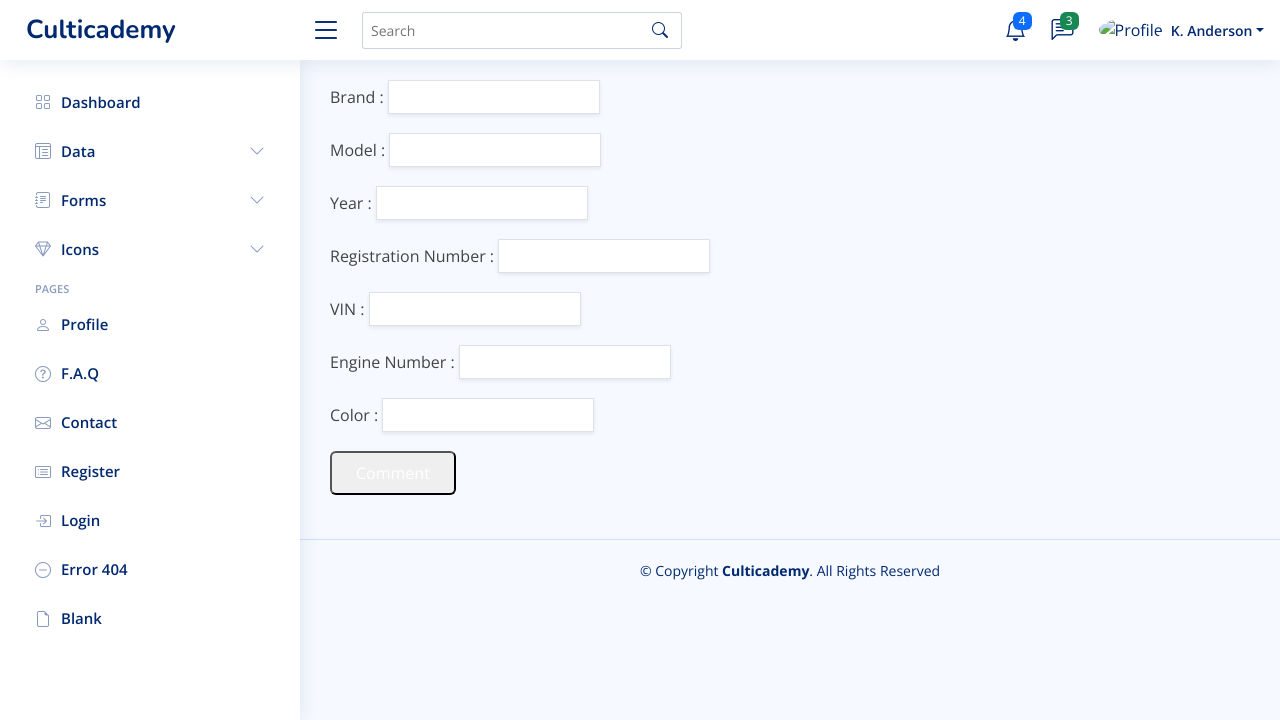
Repository: Jistoper/car_rental
Page: http://localhost/create
The author's editor kept a copy of each file at every save. The page is drawn from the files as they stood at one save, then again after the next save.
The browser window is 1280 px wide. The pictures show the whole page.
The page is served by the project's Laravel application, run on PHP 8.4 with Laravel 9. Other server files are loaded and not shown.

Above is the page before, as saved 2023-06-22 14:05:54.

### routes/web.php
<?php

use Illuminate\Support\Facades\Route;
use App\Http\Controllers\carcontroller;

/*
|--------------------------------------------------------------------------
| Web Routes
|--------------------------------------------------------------------------
|
| Here is where you can register web routes for your application. These
| routes are loaded by the RouteServiceProvider within a group which
| contains the "web" middleware group. Now create something great!
|
*/

Route::get('/dashboard', function () {
    return view('backsite.dashboard');
})->name('dashboard');

Route::controller(CarController::class)->as('car.')->group(function(){
    Route::get('/car', 'getall')->name('getall');
    Route::get('/create', 'create')->name('create');
    Route::post('/create', 'store')->name('store');
});

### app/Http/Controllers/carcontroller.php
<?php

namespace App\Http\Controllers;

use Illuminate\Http\Request;
use Illuminate\Support\Facades\Http;
use Illuminate\Support\Facades\View;


class CarController extends Controller
{
    public function getall()
    {
        $response = Http::get('http://localhost:8080/api/cars');
        $cars = json_decode($response, true);

        return view('backsite.content.car.cartable', ['Cars' => $cars['Cars']]);
    }

    public function getbyid()
    {

    }

    public function create()
    {
        return View('backsite.content.car.createcar');
    }

    public function storeCar()
    {
        $data = [
            "brand" => "Toyota",
            "model" => "Avanza",
            "year" => 2022,
            "registration_number" => "AB123CD",
            "vin" => "1HGCM82633A123456",
            "engine_number" => "ENG123456789",
            "color" => "Black",
            "is_available" => true
        ];

        $token = "Bearer eyJhbGciOiJIUzI1NiIsInR5cCI6IkpXVCJ9.eyJleHAiOjE2ODkxNjgwMjMsInN1YiI6InRlc3QxMiJ9.-ezLSqJzIuUbum_p1NXeInNHkG953SP_4fMdbOgrlUo"; // Replace with your actual auth token

        $response = Http::withHeaders([
            "Authorization" => $token,
            "Content-Type" => "application/json",
        ])->post('http://localhost:8080/api/cars', $data);
    }

    public function update()
    {

    }

    public function delete()
    {

    }
}

### resources/views/backsite/content/car/createcar.blade.php
@extends('backsite.dashboard')

@section('content')

<div>
    <form action="{{ route('car.store') }}" method="POST" class="mb-4">
        @csrf
        <div class="mb-3">
            <label class="block text-gray-700 mb-2" for="message">
                Brand :
            </label>
            <input type="text" name="brand" id="brand" class="p-1 form-input rounded-md shadow-sm border border-gray-300 @error('brand') border-red-500 @enderror" value="{{ old('forum_title') }}">
        </div>
        <div class="mb-3">
            <label class="block text-gray-700 mb-2" for="message">
                Model :
            </label>
            <input type="text" name="model" id="model" class="p-1 form-input rounded-md shadow-sm border border-gray-300 @error('model') border-red-500 @enderror" value="{{ old('forum_title') }}">
        </div>
        <div class="mb-3">
            <label class="block text-gray-700 mb-2" for="message">
                Year :
            </label>
            <input type="text" name="year" id="year" class="p-1 form-input rounded-md shadow-sm border border-gray-300 @error('year') border-red-500 @enderror" value="{{ old('forum_title') }}">
        </div>
        <div class="mb-3">
            <label class="block text-gray-700 mb-2" for="message">
                Registration Number :
            </label>
            <input type="text" name="registration_number" id="registration_number" class="p-1 form-input rounded-md shadow-sm border border-gray-300 @error('registration_number') border-red-500 @enderror" value="{{ old('forum_title') }}">
        </div>
        <div class="mb-3">
            <label class="block text-gray-700 mb-2" for="message">
                VIN :
            </label>
            <input type="text" name="vin" id="vin" class="p-1 form-input rounded-md shadow-sm border border-gray-300 @error('vin') border-red-500 @enderror" value="{{ old('forum_title') }}">
        </div>
        <div class="mb-3">
            <label class="block text-gray-700 mb-2" for="message">
                Engine Number :
            </label>
            <input type="text" name="engine_number" id="engine_number" class="p-1 form-input rounded-md shadow-sm border border-gray-300 @error('engine_number') border-red-500 @enderror" value="{{ old('forum_title') }}">
        </div>
        <div class="mb-3">
            <label class="block text-gray-700 mb-2" for="message">
                Color :
            </label>
            <input type="text" name="color" id="color" class="p-1 form-input rounded-md shadow-sm border border-gray-300 @error('color') border-red-500 @enderror" value="{{ old('forum_title') }}">
        </div>
        <div class="flex items-center justify-end">
            <button class="flex items-center space-x-1 bg-slate-800 hover:bg-slate-700 text-white font-semibold py-2 px-4 rounded" onclick="getContent()" type="submit">
                <span>
                    Comment
                </span>
            </button>
        </div>
    </form>
</div>

@endsection

### resources/views/backsite/partials/sidebar.blade.php
<aside id="sidebar" class="sidebar">

    <ul class="sidebar-nav" id="sidebar-nav">

      <li class="nav-item">
        <a class="nav-link collapsed" href="{{ route('dashboard') }}">
          <i class="bi bi-grid"></i>
          <span>Dashboard</span>
        </a>
      </li><!-- End Dashboard Nav -->

      <li class="nav-item">
        <a class="nav-link collapsed" data-bs-target="#tables-nav" data-bs-toggle="collapse" href="#">
          <i class="bi bi-layout-text-window-reverse"></i><span>Data</span><i class="bi bi-chevron-down ms-auto"></i>
        </a>
        <ul id="tables-nav" class="nav-content collapse " data-bs-parent="#sidebar-nav">
          <li>
            <a href="{{ route('car.getall') }}">
              <i class="bi bi-circle"></i><span>Cars</span>
            </a>
          </li>
          <li>
            <a href="{{ route('dashboard') }}">
              <i class="bi bi-circle"></i><span>Data Tables</span>
            </a>
          </li>
        </ul>
      </li><!-- End Tables Nav -->

      <li class="nav-item">
        <a class="nav-link collapsed" data-bs-target="#forms-nav" data-bs-toggle="collapse" href="#">
          <i class="bi bi-journal-text"></i><span>Forms</span><i class="bi bi-chevron-down ms-auto"></i>
        </a>
        <ul id="forms-nav" class="nav-content collapse " data-bs-parent="#sidebar-nav">
          <li>
            <a href="forms-elements.html">
              <i class="bi bi-circle"></i><span>Form Elements</span>
            </a>
          </li>
          <li>
            <a href="forms-layouts.html">
              <i class="bi bi-circle"></i><span>Form Layouts</span>
            </a>
          </li>
          <li>
            <a href="forms-editors.html">
              <i class="bi bi-circle"></i><span>Form Editors</span>
            </a>
          </li>
          <li>
            <a href="forms-validation.html">
              <i class="bi bi-circle"></i><span>Form Validation</span>
            </a>
          </li>
        </ul>
      </li><!-- End Forms Nav -->

      <li class="nav-item">
        <a class="nav-link collapsed" data-bs-target="#icons-nav" data-bs-toggle="collapse" href="#">
          <i class="bi bi-gem"></i><span>Icons</span><i class="bi bi-chevron-down ms-auto"></i>
        </a>
        <ul id="icons-nav" class="nav-content collapse " data-bs-parent="#sidebar-nav">
          <li>
            <a href="icons-bootstrap.html">
              <i class="bi bi-circle"></i><span>Bootstrap Icons</span>
            </a>
          </li>
          <li>
            <a href="icons-remix.html">
              <i class="bi bi-circle"></i><span>Remix Icons</span>
            </a>
          </li>
          <li>
            <a href="icons-boxicons.html">
              <i class="bi bi-circle"></i><span>Boxicons</span>
            </a>
          </li>
        </ul>
      </li><!-- End Icons Nav -->

      <li class="nav-heading">Pages</li>

      <li class="nav-item">
        <a class="nav-link collapsed" href="users-profile.html">
          <i class="bi bi-person"></i>
          <span>Profile</span>
        </a>
      </li><!-- End Profile Page Nav -->

      <li class="nav-item">
        <a class="nav-link collapsed" href="pages-faq.html">
          <i class="bi bi-question-circle"></i>
          <span>F.A.Q</span>
        </a>
      </li><!-- End F.A.Q Page Nav -->

      <li class="nav-item">
        <a class="nav-link collapsed" href="pages-contact.html">
          <i class="bi bi-envelope"></i>
          <span>Contact</span>
        </a>
      </li><!-- End Contact Page Nav -->

      <li class="nav-item">
        <a class="nav-link collapsed" href="pages-register.html">
          <i class="bi bi-card-list"></i>
          <span>Register</span>
        </a>
      </li><!-- End Register Page Nav -->

      <li class="nav-item">
        <a class="nav-link collapsed" href="pages-login.html">
          <i class="bi bi-box-arrow-in-right"></i>
          <span>Login</span>
        </a>
      </li><!-- End Login Page Nav -->

      <li class="nav-item">
        <a class="nav-link collapsed" href="pages-error-404.html">
          <i class="bi bi-dash-circle"></i>
          <span>Error 404</span>
        </a>
      </li><!-- End Error 404 Page Nav -->

      <li class="nav-item">
        <a class="nav-link collapsed" href="pages-blank.html">
          <i class="bi bi-file-earmark"></i>
          <span>Blank</span>
        </a>
      </li><!-- End Blank Page Nav -->

    </ul>

  </aside><!-- End Sidebar-->

### public/assets/simple-datatables/style.css
.datatable-wrapper.no-header .datatable-container {
	border-top: 1px solid #d9d9d9;
}

.datatable-wrapper.no-footer .datatable-container {
	border-bottom: 1px solid #d9d9d9;
}

.datatable-top,
.datatable-bottom {
	padding: 8px 10px;
}

.datatable-top > nav:first-child,
.datatable-top > div:first-child,
.datatable-bottom > nav:first-child,
.datatable-bottom > div:first-child {
	float: left;
}

.datatable-top > nav:last-child,
.datatable-top > div:last-child,
.datatable-bottom > nav:last-child,
.datatable-bottom > div:last-child {
	float: right;
}

.datatable-selector {
	padding: 6px;
}

.datatable-input {
	padding: 6px 12px;
}

.datatable-info {
	margin: 7px 0;
}

/* PAGER */
.datatable-pagination ul {
	margin: 0;
	padding-left: 0;
}

.datatable-pagination li {
	list-style: none;
	float: left;
}

.datatable-pagination li.datatable-hidden {
    visibility: hidden;
}

.datatable-pagination a {
	border: 1px solid transparent;
	float: left;
	margin-left: 2px;
	padding: 6px 12px;
	position: relative;
	text-decoration: none;
	color: #333;
    cursor: pointer;
}

.datatable-pagination a:hover {
	background-color: #d9d9d9;
}

.datatable-pagination .datatable-active a,
.datatable-pagination .datatable-active a:focus,
.datatable-pagination .datatable-active a:hover {
	background-color: #d9d9d9;
	cursor: default;
}

.datatable-pagination .datatable-ellipsis a,
.datatable-pagination .datatable-disabled a,
.datatable-pagination .datatable-disabled a:focus,
.datatable-pagination .datatable-disabled a:hover {
    pointer-events: none;
    cursor: default;
}

.datatable-pagination .datatable-disabled a,
.datatable-pagination .datatable-disabled a:focus,
.datatable-pagination .datatable-disabled a:hover {
	cursor: not-allowed;
	opacity: 0.4;
}

.datatable-pagination .datatable-pagination a {
	font-weight: bold;
}

/* TABLE */
.datatable-table {
	max-width: 100%;
	width: 100%;
	border-spacing: 0;
	border-collapse: separate;
}

.datatable-table > tbody > tr > td,
.datatable-table > tbody > tr > th,
.datatable-table > tfoot > tr > td,
.datatable-table > tfoot > tr > th,
.datatable-table > thead > tr > td,
.datatable-table > thead > tr > th {
	vertical-align: top;
	padding: 8px 10px;
}

.datatable-table > thead > tr > th {
	vertical-align: bottom;
	text-align: left;
	border-bottom: 1px solid #d9d9d9;
}

.datatable-table > tfoot > tr > th {
	vertical-align: bottom;
	text-align: left;
	border-top: 1px solid #d9d9d9;
}

.datatable-table th {
	vertical-align: bottom;
	text-align: left;
}

.datatable-table th a {
	text-decoration: none;
	color: inherit;
}

.datatable-sorter, .datatable-filter {
	display: inline-block;
	height: 100%;
	position: relative;
	width: 100%;
}

.datatable-sorter::before,
.datatable-sorter::after {
	content: "";
	height: 0;
	width: 0;
	position: absolute;
	right: 4px;
	border-left: 4px solid transparent;
	border-right: 4px solid transparent;
	opacity: 0.2;
}


.datatable-sorter::before {
	border-top: 4px solid #000;
	bottom: 0px;
}

.datatable-sorter::after {
	border-bottom: 4px solid #000;
	border-top: 4px solid transparent;
	top: 0px;
}

.datatable-ascending .datatable-sorter::after,
.datatable-descending .datatable-sorter::before,
.datatable-ascending .datatable-filter::after,
.datatable-descending .datatable-filter::before {
	opacity: 0.6;
}

.datatable-filter::before {
    content: "";
    position: absolute;
    right: 4px;
    opacity: 0.2;
    width: 0;
    height: 0;
    border-left: 7px solid transparent;
    border-right: 7px solid transparent;
	border-radius: 50%;
    border-top: 10px solid #000;
    top: 25%;
}

.datatable-filter-active .datatable-filter::before {
    opacity: 0.6;
}

.datatable-empty {
	text-align: center;
}

.datatable-top::after, .datatable-bottom::after {
	clear: both;
	content: " ";
	display: table;
}

table.datatable-table:focus tr.datatable-cursor > td:first-child {
	border-left: 3px blue solid;
}

table.datatable-table:focus {
	outline: solid 1px black;
    outline-offset: -1px;
}

Loaded but not shown: app/Http/Controllers/Controller.php (common file); public/assets/bootstrap/css/bootstrap.min.css (library); public/assets/bootstrap-icons/bootstrap-icons.css (library); public/assets/boxicons/css/boxicons.min.css (library); public/assets/apexcharts/apexcharts.min.js (library); public/assets/bootstrap/js/bootstrap.bundle.min.js (library); public/assets/chart.js/chart.umd.js (library); public/assets/echarts/echarts.min.js (library); public/assets/quill/quill.min.js (library); public/assets/simple-datatables/simple-datatables.js (library); public/assets/tinymce/tinymce.min.js (library); public/js/main.js (321 lines, source omitted); public/assets/php-email-form/validate.js (85 lines, source omitted); public/assets/remixicon/remixicon.css (2526 lines, source omitted); resources/views/backsite/dashboard.blade.php (740 lines, source omitted); public/assets/quill/quill.bubble.css (952 lines, source omitted); public/assets/quill/quill.snow.css (945 lines, source omitted); public/css/style.css (1233 lines, source omitted); resources/views/backsite/partials/header.blade.php (225 lines, source omitted)

After the next save:
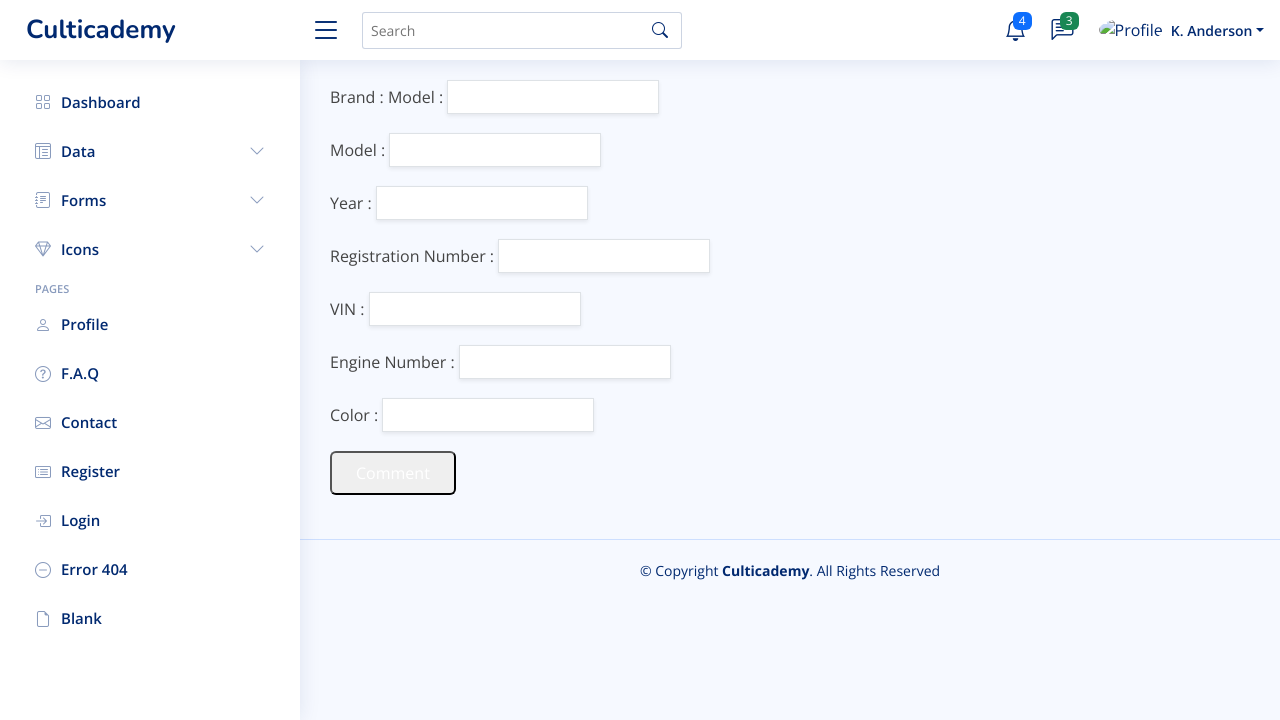
Saved 107 s later.
--- a/resources/views/backsite/content/car/createcar.blade.php
+++ b/resources/views/backsite/content/car/createcar.blade.php
@@ -8,6 +8,9 @@
         <div class="mb-3">
             <label class="block text-gray-700 mb-2" for="message">
                 Brand :
+            </label>
+            <label class="block text-gray-700 mb-2" for="message">
+                Model :
             </label>
             <input type="text" name="brand" id="brand" class="p-1 form-input rounded-md shadow-sm border border-gray-300 @error('brand') border-red-500 @enderror" value="{{ old('forum_title') }}">
         </div>

After the save that followed:
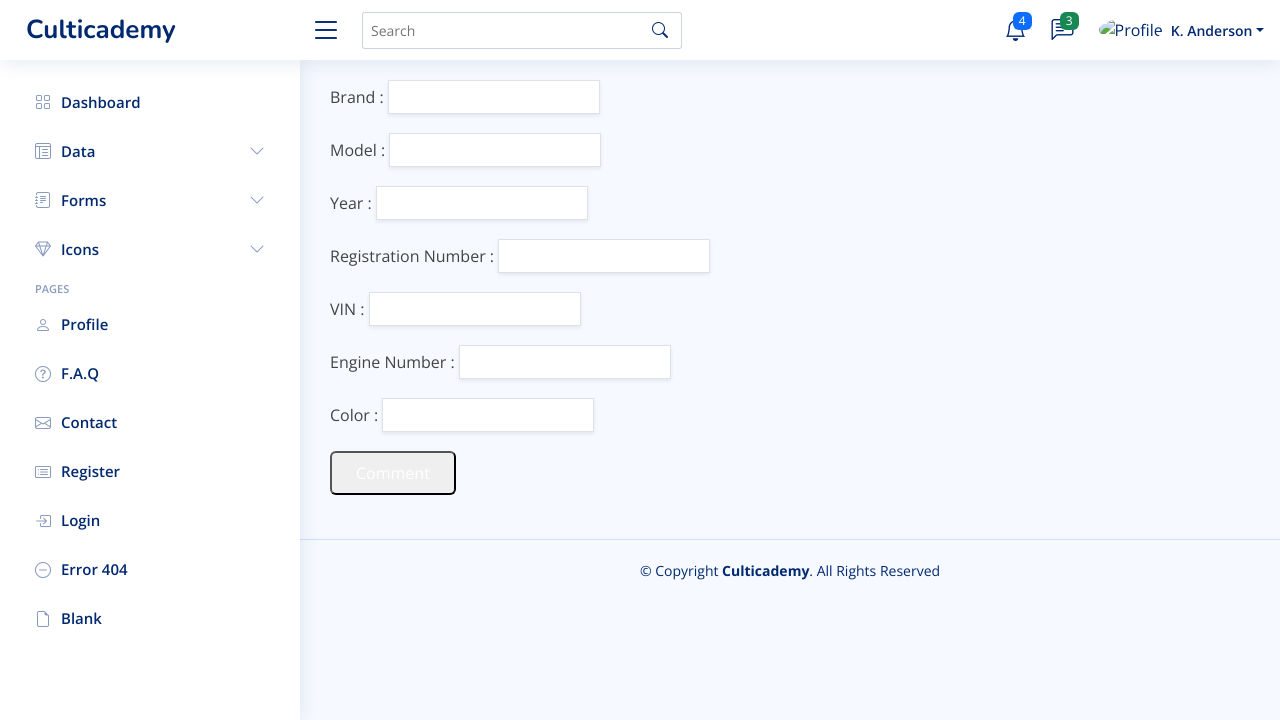
Saved 12 s later.
--- a/resources/views/backsite/content/car/createcar.blade.php
+++ b/resources/views/backsite/content/car/createcar.blade.php
@@ -8,9 +8,6 @@
         <div class="mb-3">
             <label class="block text-gray-700 mb-2" for="message">
                 Brand :
-            </label>
-            <label class="block text-gray-700 mb-2" for="message">
-                Model :
             </label>
             <input type="text" name="brand" id="brand" class="p-1 form-input rounded-md shadow-sm border border-gray-300 @error('brand') border-red-500 @enderror" value="{{ old('forum_title') }}">
         </div>
